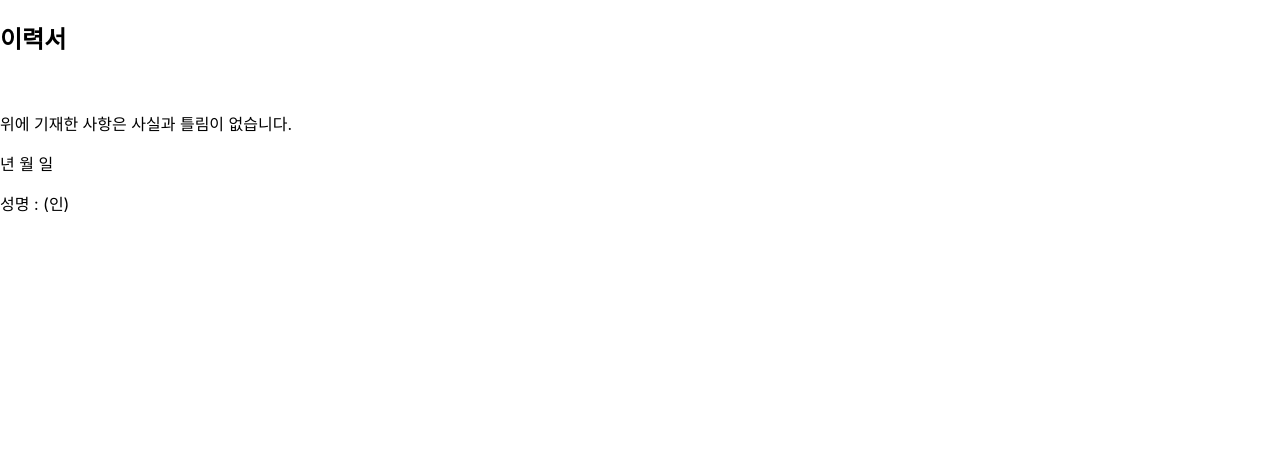
Repository: jiyeonyun/Resume
Page: / (app in resumes/)
The author's editor kept a copy of each file at every save. The page is drawn from the files as they stood at one save, then again after the next save.
The browser window is 1280 px wide. The pictures show the whole page.
The project was rebuilt for these pictures with package versions that can differ from the ones it lists, and the page was loaded fresh each time. Also part of the build but not shown: resumes/src/App.module.css.

Above is the page before, as saved 2022-05-25 14:35:17.

### resumes/src/App.jsx
import styles from "./App.module.css";
import Educational from "./components/educationalHIstory/educational";
import Footer from "./components/footer/footer";
import Header from "./components/header/header";
import PersonalInfo from "./components/personalInfo/personalInfo";
function App() {
  return (
    <div className="App">
      <Header />
      <PersonalInfo />
      <Educational />
      <Footer />
    </div>
  );
}

export default App;

### resumes/src/components/educationalHIstory/educational.jsx
import React from "react";
import edudata from "../../data/edudata";
const Educational = (props) => {
  console.log(edudata);
  return <></>;
};

export default Educational;

### resumes/src/components/footer/footer.jsx
import React from "react";

const Footer = (props) => {
  return (
    <footer>
      <p>위에 기재한 사항은 사실과 틀림이 없습니다.</p>
      <p>년 월 일</p>
      <p>성명 : (인) </p>
    </footer>
  );
};

export default Footer;

### resumes/src/components/header/header.jsx
import React from "react";

const Header = (props) => {
  return (
    <header>
      <h2>이력서</h2>
    </header>
  );
};

export default Header;

### resumes/src/components/personalInfo/personalInfo.jsx
import React from "react";

const PersonalInfo = (props) => {
  return (
    <section>
      <div>
        <img src="" alt="" />
      </div>
      <div>
        <dl>
          <dt></dt>
          <dd></dd>
        </dl>
      </div>
    </section>
  );
};

export default PersonalInfo;

### resumes/src/data/edudata.js
export default [
  {
    date: "2014.03 ~ 2017.02",
    content: "@@ 고등학교",
    grade: "인문계",
    gradu: true,
  },
  {
    date: "2017.03 ~ 2020.08",
    content: "@@ 대학교 경영정보학 전공",
    grade: "4.0/4.5",
    gradu: true,
  },
  {
    date: "2020.09 ~ 2023.09",
    content: "@@ 대학교 @@ 대학원 경영정보학 전공",
    grade: "4.0/4.5",
    gradu: true,
  },
];

Loaded but not shown: resumes/public/index.html (common file); resumes/src/index.js (common file); resumes/src/index.css (common file); resumes/src/reportWebVitals.js (common file)

After the next save:
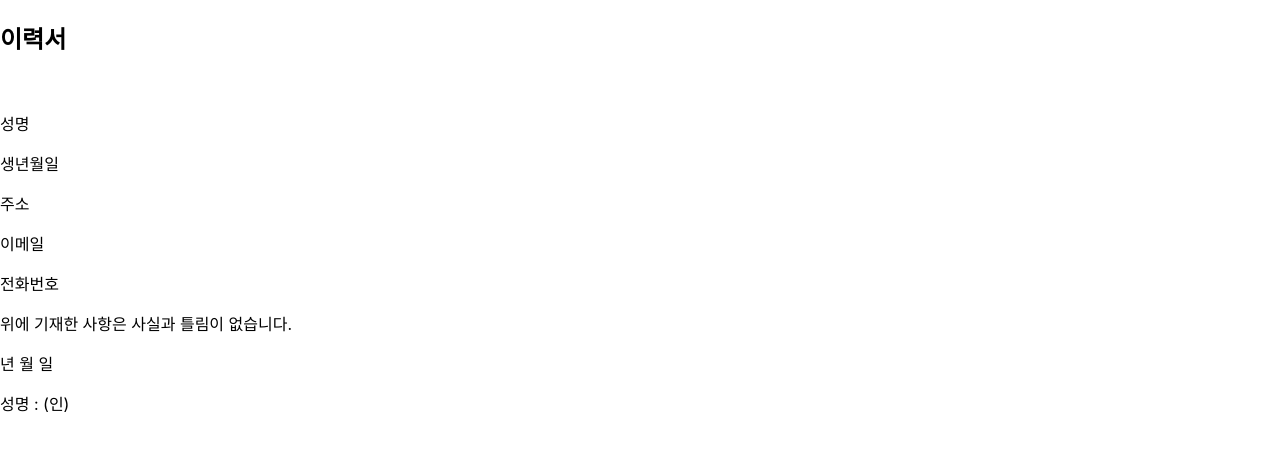
Saved 57 s later.
--- a/resumes/src/components/personalInfo/personalInfo.jsx
+++ b/resumes/src/components/personalInfo/personalInfo.jsx
@@ -8,7 +8,23 @@ const PersonalInfo = (props) => {
       </div>
       <div>
         <dl>
-          <dt></dt>
+          <dt>성명</dt>
+          <dd></dd>
+        </dl>
+        <dl>
+          <dt>생년월일</dt>
+          <dd></dd>
+        </dl>
+        <dl>
+          <dt>주소</dt>
+          <dd></dd>
+        </dl>
+        <dl>
+          <dt>이메일</dt>
+          <dd></dd>
+        </dl>
+        <dl>
+          <dt>전화번호</dt>
           <dd></dd>
         </dl>
       </div>
